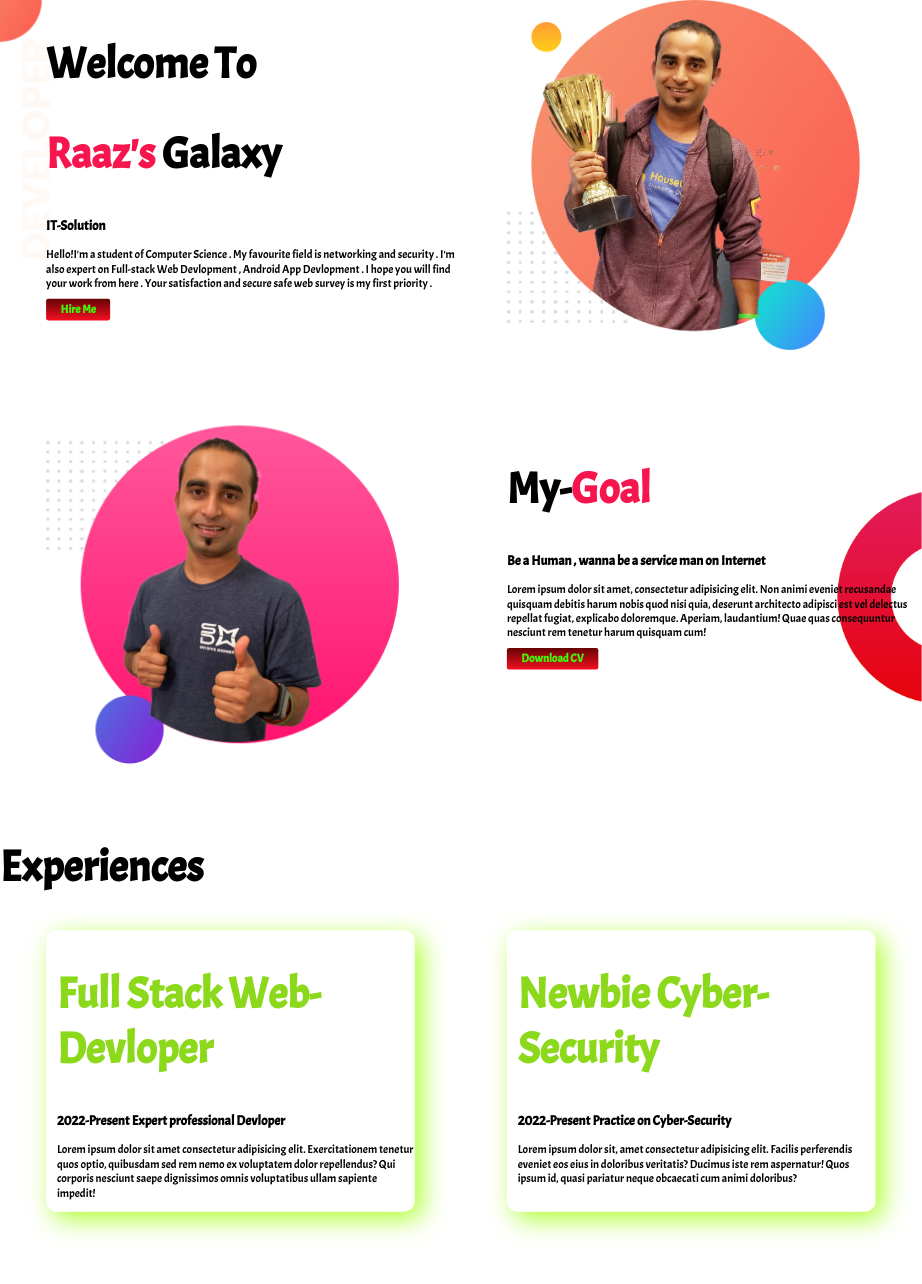
Repository: ramizraaz/my-portfolio
Page: about.html
The author's editor kept a copy of each file at every save. The page is drawn from the files as they stood at one save, then again after the next save.
The browser window is 1280 px wide. The pictures show the whole page, at 72% of full size.

Above is the page before, as saved 2022-01-18 16:07:46.

After the next save:
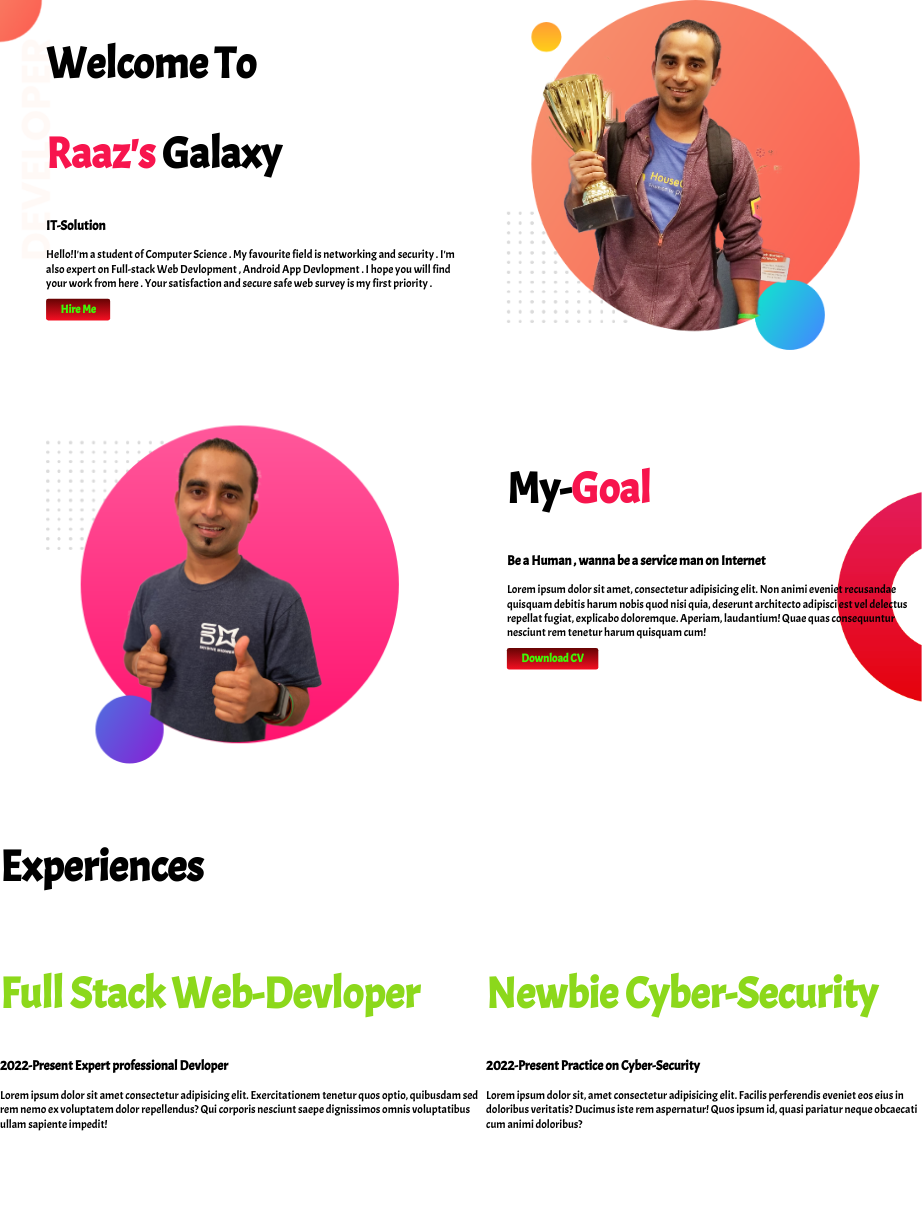
Saved 89 s later.
--- a/design.css
+++ b/design.css
@@ -56,7 +56,7 @@
     color: rgb(140, 216, 27);
 }
 
-.exp-items {
+bottom .exp-items {
     width: 40%;
     margin-left: 5%;
     margin-right: 5%;

After the save that followed:
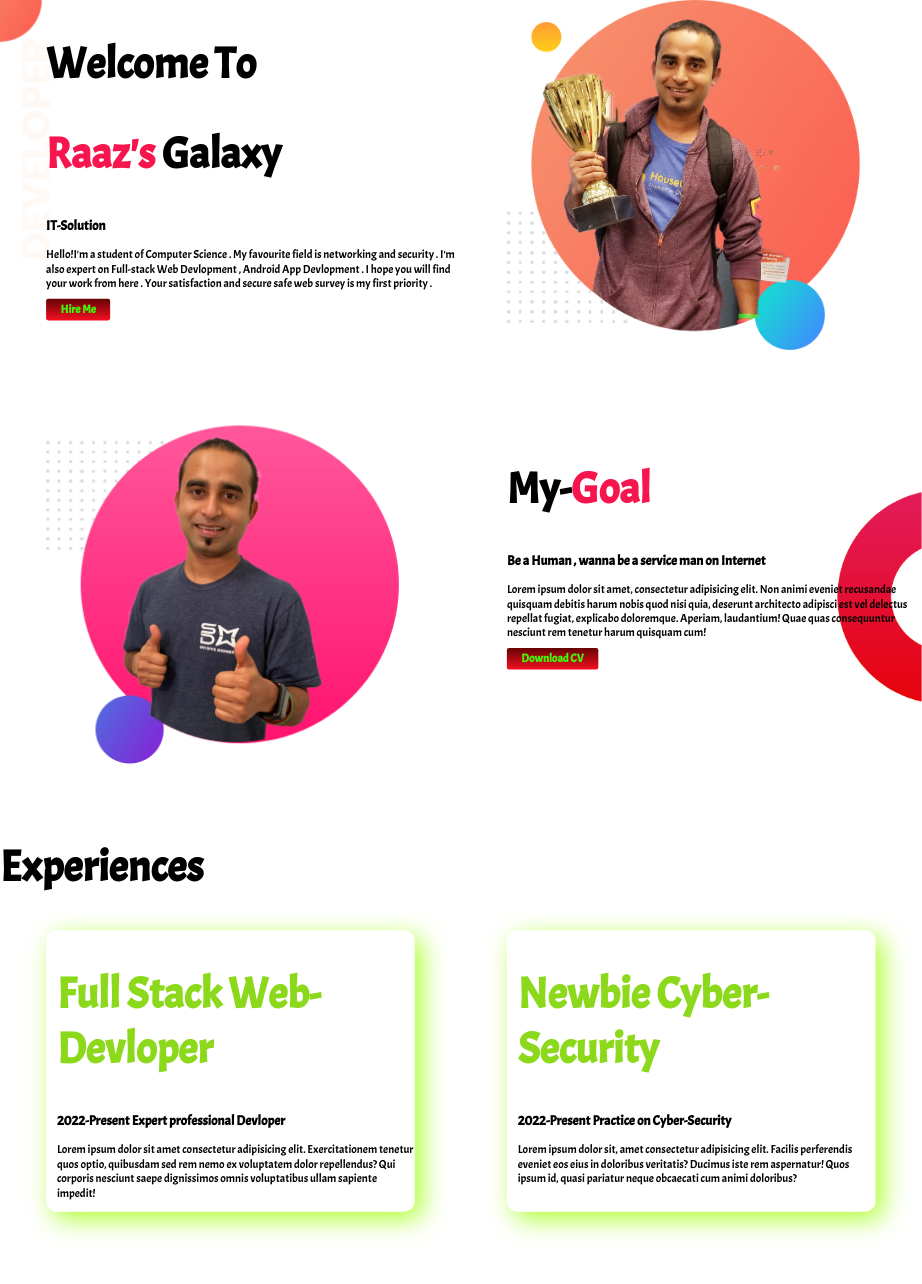
Saved 9 s later.
--- a/design.css
+++ b/design.css
@@ -56,7 +56,9 @@
     color: rgb(140, 216, 27);
 }
 
-bottom .exp-items {
+.bottom {}
+
+.exp-items {
     width: 40%;
     margin-left: 5%;
     margin-right: 5%;
